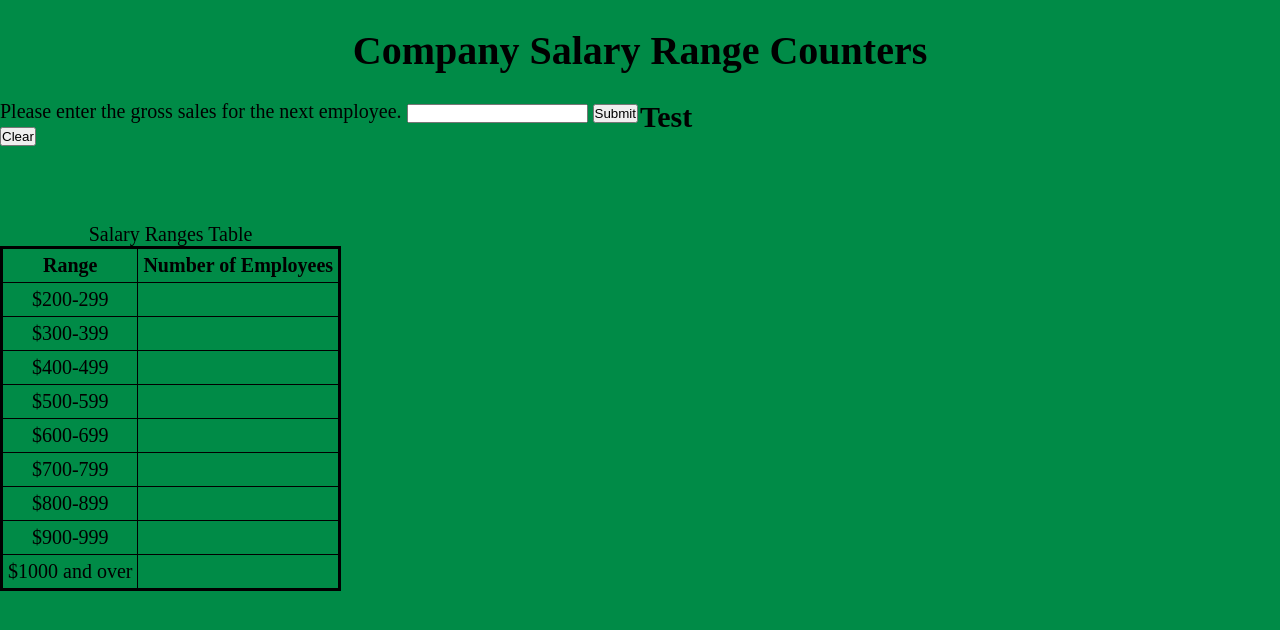
Repository: mlmEFSC21/P17-Sales-Commision
Page: sales.html
An editor plug-in stored every save of this project. The page is shown before and after the next save, followed by the edit.
The browser window is 1280 px wide. The pictures show the whole page.

Above is the page before, as saved 2022-04-02 08:17:55.

### sales.html
<!DOCTYPE html>
<html lang="en">
    <head>
        <meta charset="UTF-8" />
        <meta http-equiv="X-UA-Compatible" content="IE=edge" />
        <meta name="viewport" content="width=device-width, initial-scale=1.0" />
        <link rel="stylesheet" href="sales.css" />
        <script defer src="sales.js"></script>
        <title>Company Salary Range Counters</title>
    </head>
    <body>
        <header class="mainHeader">
            <h1>Company Salary Range Counters</h1>
        </header>
        <section class="mainContent">
            <div class="formContainer" id="formContainer">
                <form class="salaryForm" id="salaryForm">
                    <label for="grossSales"
                        >Please enter the gross sales for the next employee.</label
                    >
                    <input type="text" name="grossSales" class="salesInp" id="salesInp" required />
                    <button type="submit" class="submit-btn" id="submit-btn">Submit</button>
                    <button type="reset" class="clear-btn" id="clear-btn">Clear</button>
                </form>
            </div>
            <div class="currentSalary">
                <h2>Test</h2>
            </div>
            <div class="tableContainer" id="tableContainer">
                <table>
                    <caption>
                        Salary Ranges Table
                    </caption>
                    <thead>
                        <tr>
                            <th>Range</th>
                            <th>Number of Employees</th>
                        </tr>
                    </thead>
                    <tbody>
                        <tr>
                            <td>$200-299</td>
                            <td class="ranges" id="ranges"></td>
                        </tr>
                        <tr>
                            <td>$300-399</td>
                            <td class="ranges" id="ranges"></td>
                        </tr>
                        <tr>
                            <td>$400-499</td>
                            <td class="ranges" id="ranges"></td>
                        </tr>
                        <tr>
                            <td>$500-599</td>
                            <td class="ranges" id="ranges"></td>
                        </tr>
                        <tr>
                            <td>$600-699</td>
                            <td class="ranges" id="ranges"></td>
                        </tr>
                        <tr>
                            <td>$700-799</td>
                            <td class="ranges" id="ranges"></td>
                        </tr>
                        <tr>
                            <td>$800-899</td>
                            <td class="ranges" id="ranges"></td>
                        </tr>
                        <tr>
                            <td>$900-999</td>
                            <td class="ranges" id="ranges"></td>
                        </tr>
                        <tr>
                            <td>$1000 and over</td>
                            <td class="ranges" id="ranges"></td>
                        </tr>
                    </tbody>
                    <tfoot></tfoot>
                </table>
            </div>
        </section>
    </body>
</html>

### sales.css
:root {
    --clr-background: #008b47;
    --clr-primary: #f8cd24;
    --clr-secondary: #6bb64a;
}
*,
*::after,
*::before {
    box-sizing: border-box;
    margin: 0;
    padding: 0;
}
body {
    background-color: var(--clr-background);
    font-size: 20px;
}
.mainHeader {
    display: flex;
    align-items: center;
    justify-content: center;
    height: 100px;
}

.mainContent {
    display: grid;
    grid-template-rows: 1fr 3fr;
    grid-template-columns: 2fr 2fr;
}
.tableContainer {
    grid-column: 1/2;
}
table {
    border-collapse: collapse;
    border: 3px solid black;
}
th,
tr,
td {
    border: 1px solid black;
    margin: 5px;
    padding: 5px;
    text-align: center;
}

### sales.js
//  base salary = $200 + commission
// commission = gross sales * 9%
// range floor / 100 - 2 = index 0 - 8
// test: x1 = Math.floor(218 / 100) - 2;
// works for all ranges below the last. Just check for >1000 first.
const baseSalary = 200;
let commissionAmount = 0;
let totalSalary = 0;
let employeeNum = 0;
let salaryRanges = [0, 0, 0, 0, 0, 0, 0, 0, 0];
let weeklyGrossSales = [];

const form = document.querySelector("#salaryForm");
const salesInput = document.getElementById("salesInp");
const td = document.querySelectorAll("td#ranges");
form.addEventListener("submit", getWeeklySal);
const resetBtn = document.querySelector("#clear-btn");
resetBtn.addEventListener("click", clearAllSalaries);

function getWeeklySal(e) {
    e.preventDefault();
    employeeNum++;
    weeklyGrossSales = parseInt(salesInput.value);
    calcCommission();
    calcTotalWeeklySalary();
    calcSalaryRange(totalSalary);
    fillRangeCol();
    salesInput.value = "";
}
function calcCommission() {
    commissionAmount = weeklyGrossSales * 0.09;
}
function calcTotalWeeklySalary() {
    totalSalary = baseSalary + commissionAmount;
    console.log(totalSalary);
    console.log(salaryRanges);
}
function calcSalaryRange(totalSalary) {
    if (totalSalary >= 1000) {
        salaryRanges[8] += 1;
    } else if (totalSalary < 1000) {
        let i = Math.floor(totalSalary / 100) - 2;
        salaryRanges[i] = salaryRanges[i] + 1;
    }
}
//append the table
function fillRangeCol() {
    for (let i = 0; i < salaryRanges.length; i++) {
        td[i].innerText = salaryRanges[i];
    }
}
//reset button
function clearAllSalaries() {
    salesInput.value = "";
    salaryRanges = [0, 0, 0, 0, 0, 0, 0, 0, 0];
    weeklyGrossSales = [];
    for (let i = 0; i < salaryRanges.length; i++) {
        td[i].innerText = 0;
    }
}

console.log(salaryRanges);
console.log(weeklyGrossSales);

After the next save:
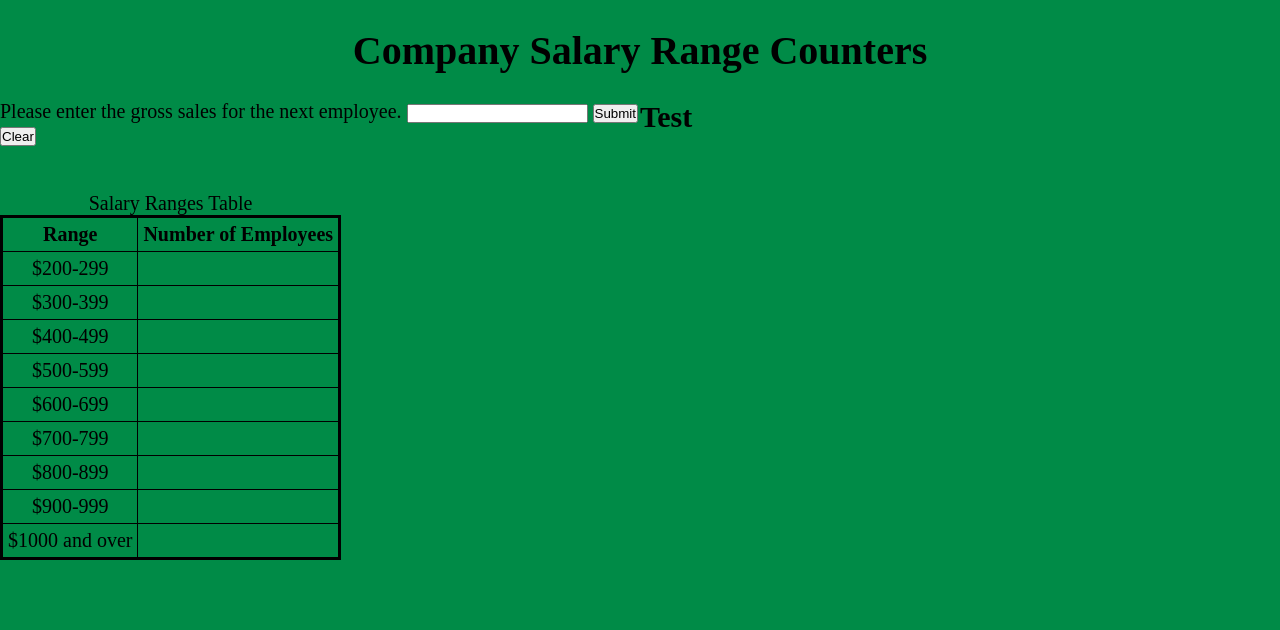
Saved 14 s later.
--- a/sales.css
+++ b/sales.css
@@ -23,7 +23,7 @@ body {
 
 .mainContent {
     display: grid;
-    grid-template-rows: 1fr 3fr;
+    grid-template-rows: 1fr 4fr;
     grid-template-columns: 2fr 2fr;
 }
 .tableContainer {
